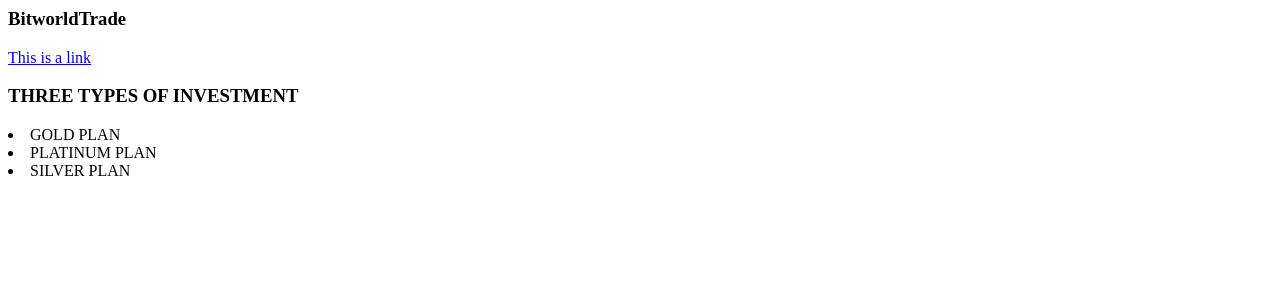
Repository: brianratemo/images.html
Page: shaffie.html
An editor plug-in stored every save of this project. The page is shown before and after the next save, followed by the edit.
The browser window is 1280 px wide. The pictures show the whole page.

Above is the page before, as saved 2023-03-21 01:25:18.

### shaffie.html
<h3>BitworldTrade</h3>
<a href="https://www.bitworld.com/">This is a link</a>
<h3>THREE TYPES OF INVESTMENT</h3>

<O1>
    <li>GOLD PLAN</li>
<li>PLATINUM PLAN</li>
<li>SILVER PLAN</li>
</O1>

After the next save:
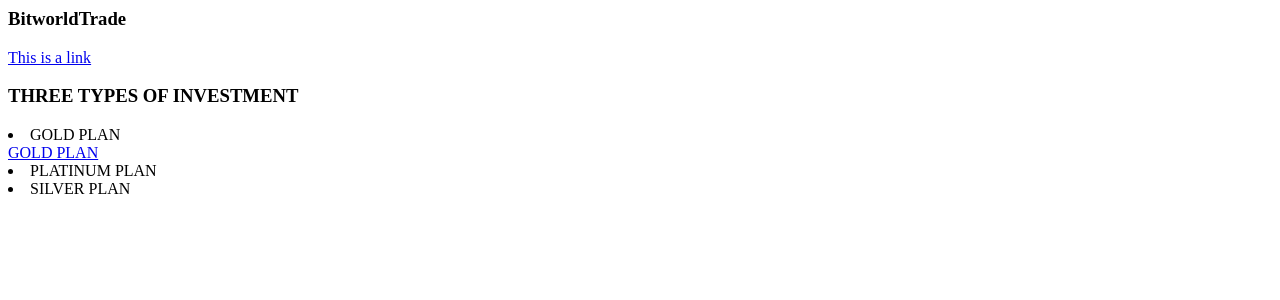
Saved 2 min 16 s later.
--- a/shaffie.html
+++ b/shaffie.html
@@ -3,7 +3,7 @@
 <h3>THREE TYPES OF INVESTMENT</h3>
 
 <O1>
-    <li>GOLD PLAN</li>
+    <li>GOLD PLAN</li> <a href="https://www.goldplan.com/"> GOLD PLAN</a>
 <li>PLATINUM PLAN</li>
 <li>SILVER PLAN</li>
 </O1>
